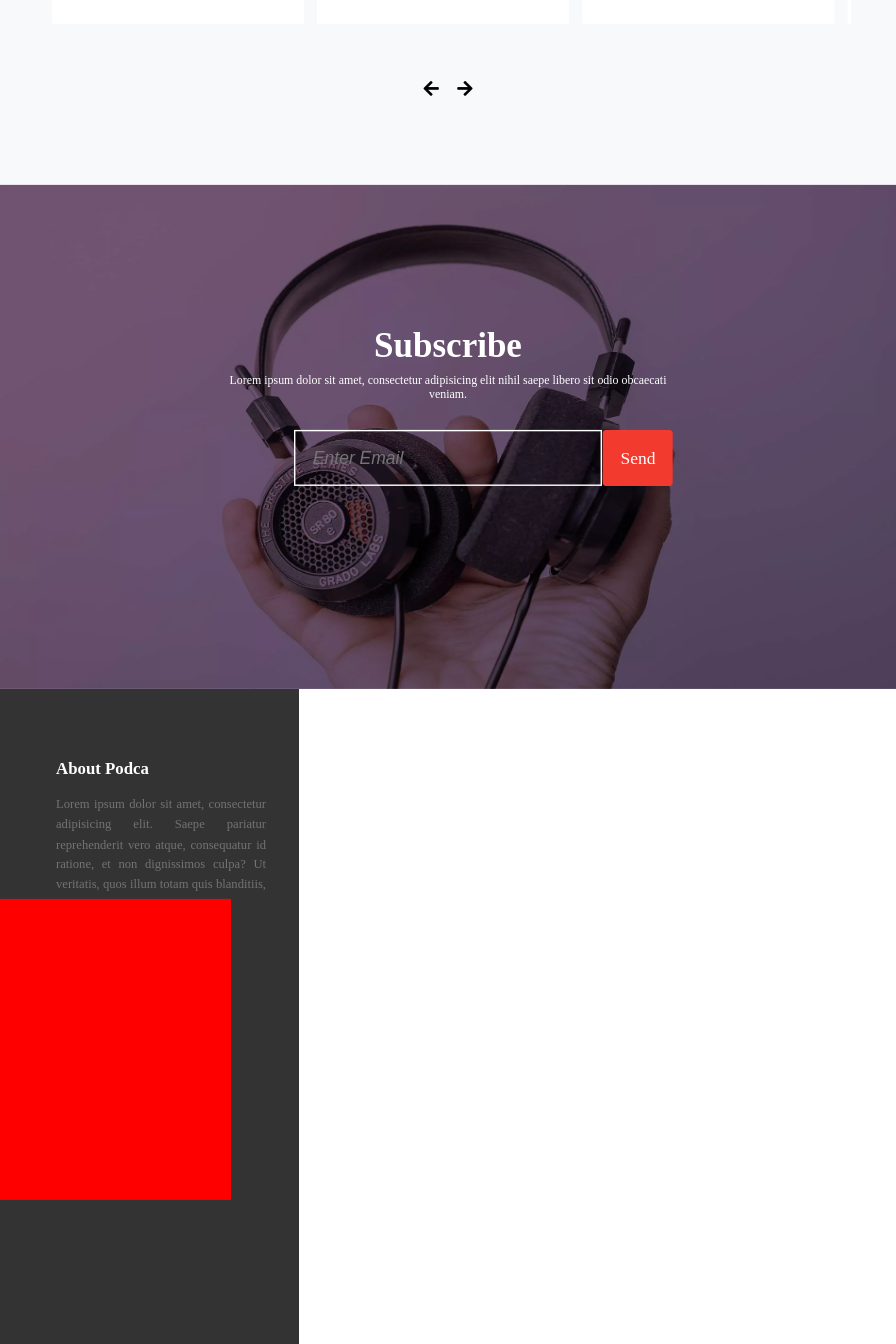
Repository: nhutduy0803/template2
Page: index.html
An editor plug-in stored every save of this project. The page is shown before and after the next save, followed by the edit.
The browser window is 1280 px wide. The pictures show the part of the page from y = 4533 to 6453 px (the page is 6453 px tall), at 70% of full size.

Above is the page before, as saved 2021-12-10 18:34:31.

After the next save:
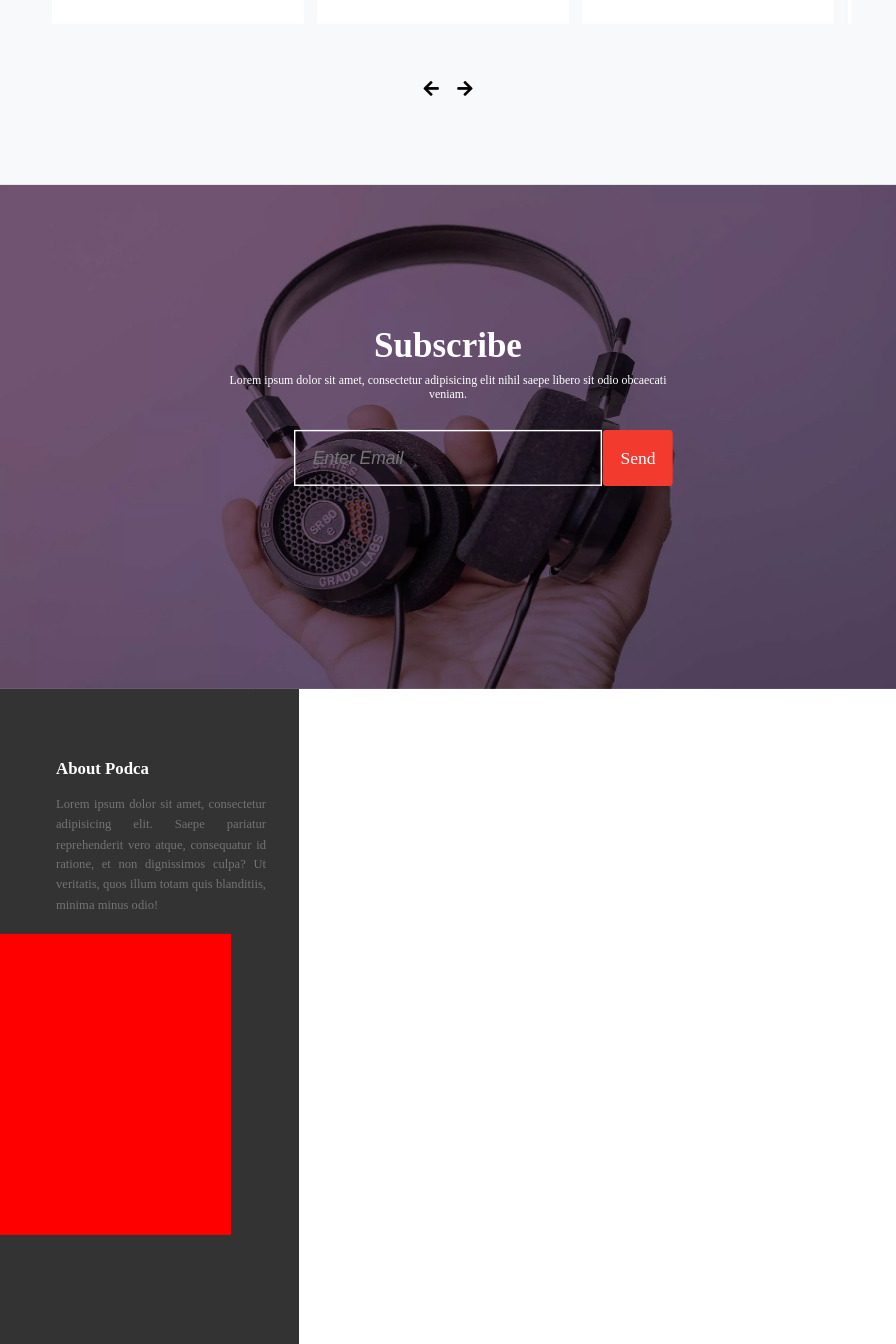
Saved 5 s later.
--- a/assets/css/style.css
+++ b/assets/css/style.css
@@ -824,7 +824,7 @@
 }
 
 .RecentPodcast-footer {
-  top: 300px;
+  top: 350px;
   position: absolute;
   background-color: #f00;
   height: 430px;
